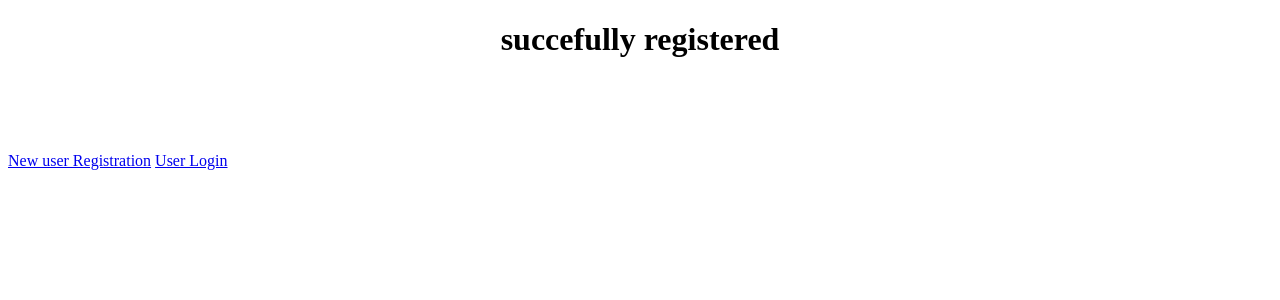
Repository: AbubakarShaik/Java_J2EE_Project
Page: com.testprojectServlet/WebContent/index.html
An editor plug-in stored every save of this project. The page is shown before and after the next save, followed by the edit.
The browser window is 1280 px wide. The pictures show the whole page.

Above is the page before, as saved 2016-12-21 09:23:45.

After the next save:
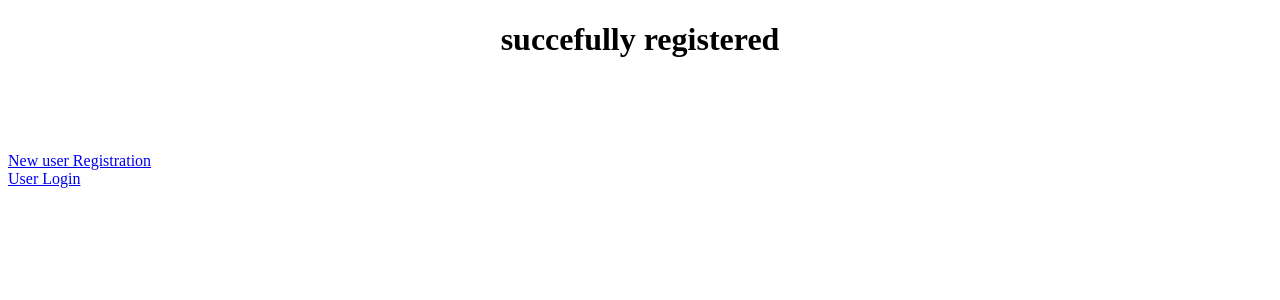
Saved 19 s later.
--- a/com.testprojectServlet/WebContent/index.html
+++ b/com.testprojectServlet/WebContent/index.html
@@ -14,7 +14,7 @@
 <br>
 </br>
 
-<a href="Registration.jsp"> New user Registration</a>
+<a href="Registration.jsp"> New user Registration</a><br>
 <a href="login.jsp"> User Login</a>
 </body>
 </html>
